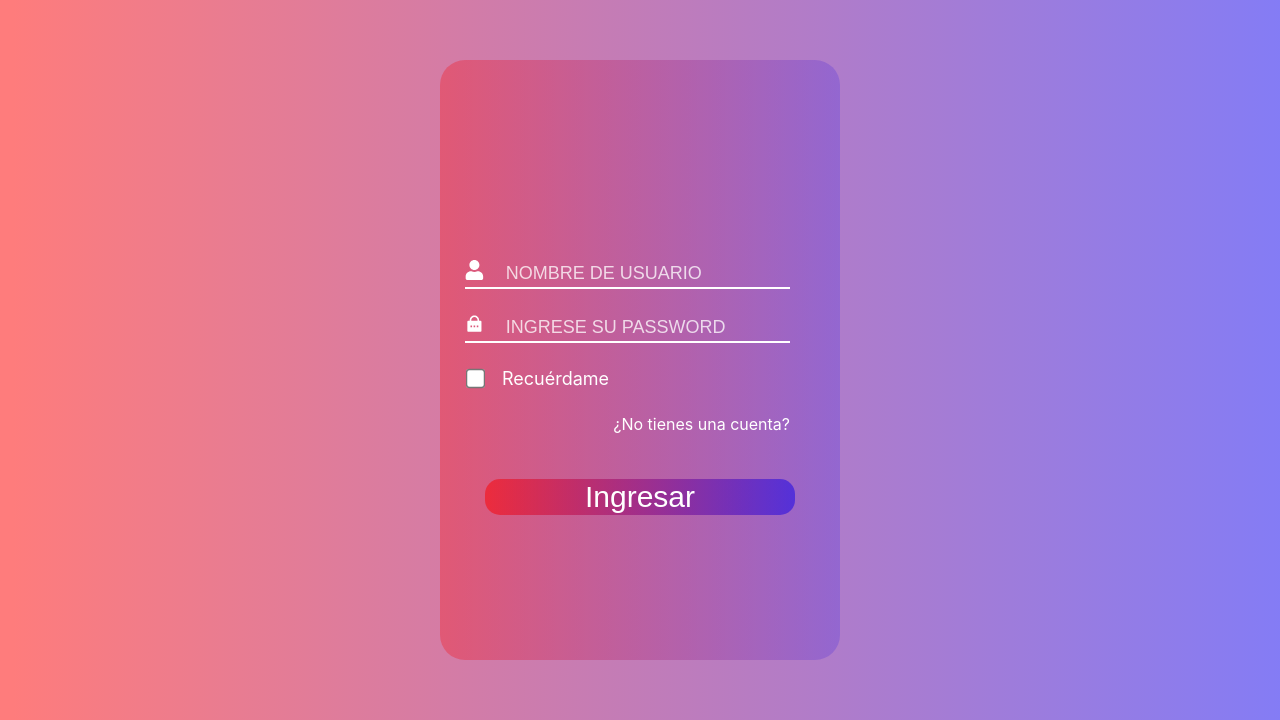
Repository: Davic1o/municipio
Page: /
The author's editor kept a copy of each file at every save. The page is drawn from the files as they stood at one save, then again after a run of saves.
The browser window is 1280 px wide. The pictures show the whole page.
The project was rebuilt for these pictures with package versions that can differ from the ones it lists, and the page was loaded fresh each time.

Above is the page before, as saved 2024-02-05 23:08:47.

After the next 2 saves:
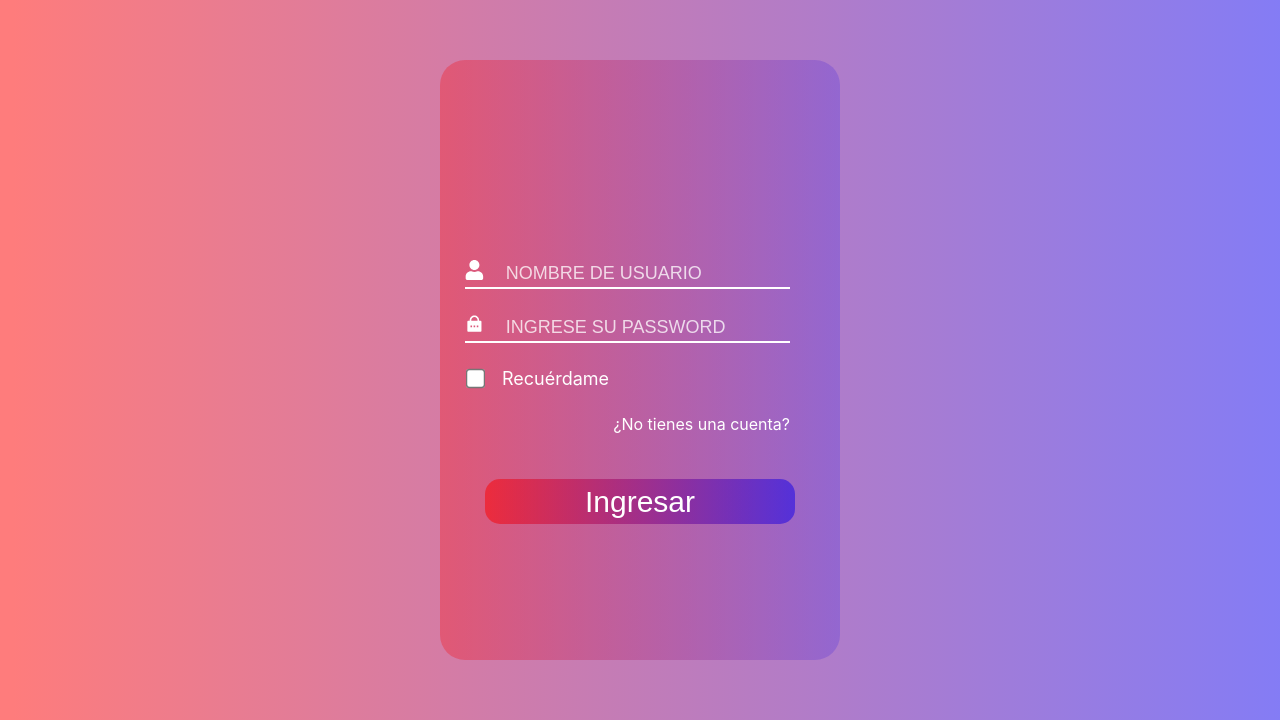
The 2 saves are shown as one change because they came seconds apart.
The last was saved 21 s later.
--- a/src/pages/Login/login.css
+++ b/src/pages/Login/login.css
@@ -78,12 +78,12 @@ color: rgba(255, 255, 255, 0.767);
 
     background: linear-gradient(to right, rgba(253, 0, 0, 0.514) 1%, rgba(16, 0, 235, 0.514));
     border-radius: 15px;
-
     margin: 45px;
     display: flex;
     justify-content: center;
 }
 .btn__ingresar{
+    height: 45px;
     color: white;
     font-size: 30px;
 
